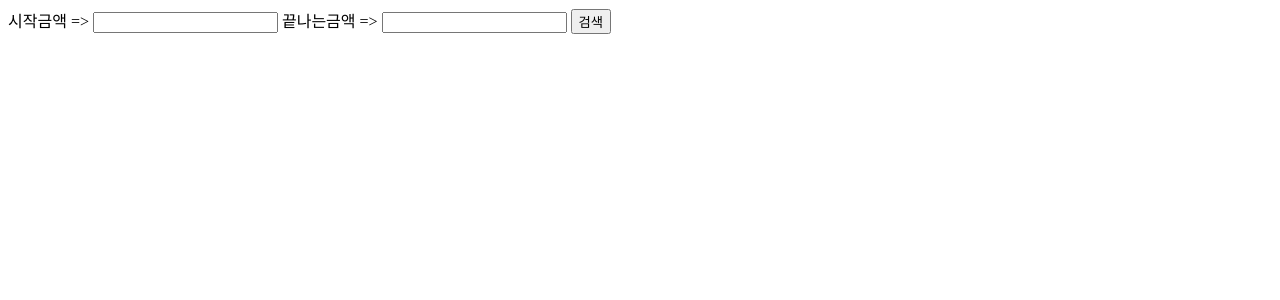
Repository: JUNGJAYOUNG/database_web
Page: http://localhost/day1109/searchBook.jsp
The author's editor kept a copy of each file at every save. The page is drawn from the files as they stood at one save, then again after the next save.
The browser window is 1280 px wide. The pictures show the whole page.
The page is served by Tomcat 9.

Above is the page before, as saved 2021-11-09 07:47:25.

After the next save:
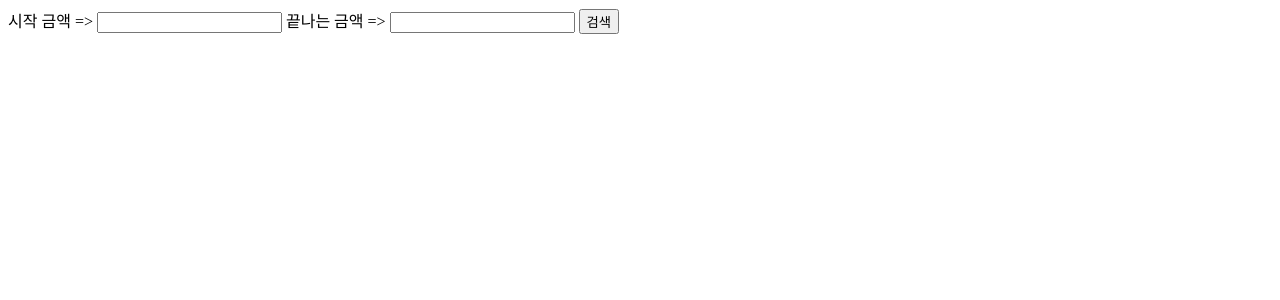
Saved 2 s later.
--- a/day1109/src/main/webapp/searchBook.jsp
+++ b/day1109/src/main/webapp/searchBook.jsp
@@ -11,8 +11,8 @@
 </head>
 <body>
 	<form action="searchBook.jsp" method="post">
-		시작금액 => <input type="text" name="start">
-		끝나는금액 => <input type="text" name="start">
+		시작 금액 => <input type="text" name="start">
+		끝나는 금액 => <input type="text" name="start">
 		<input type="submit" value="검색">
 	</form>
 
